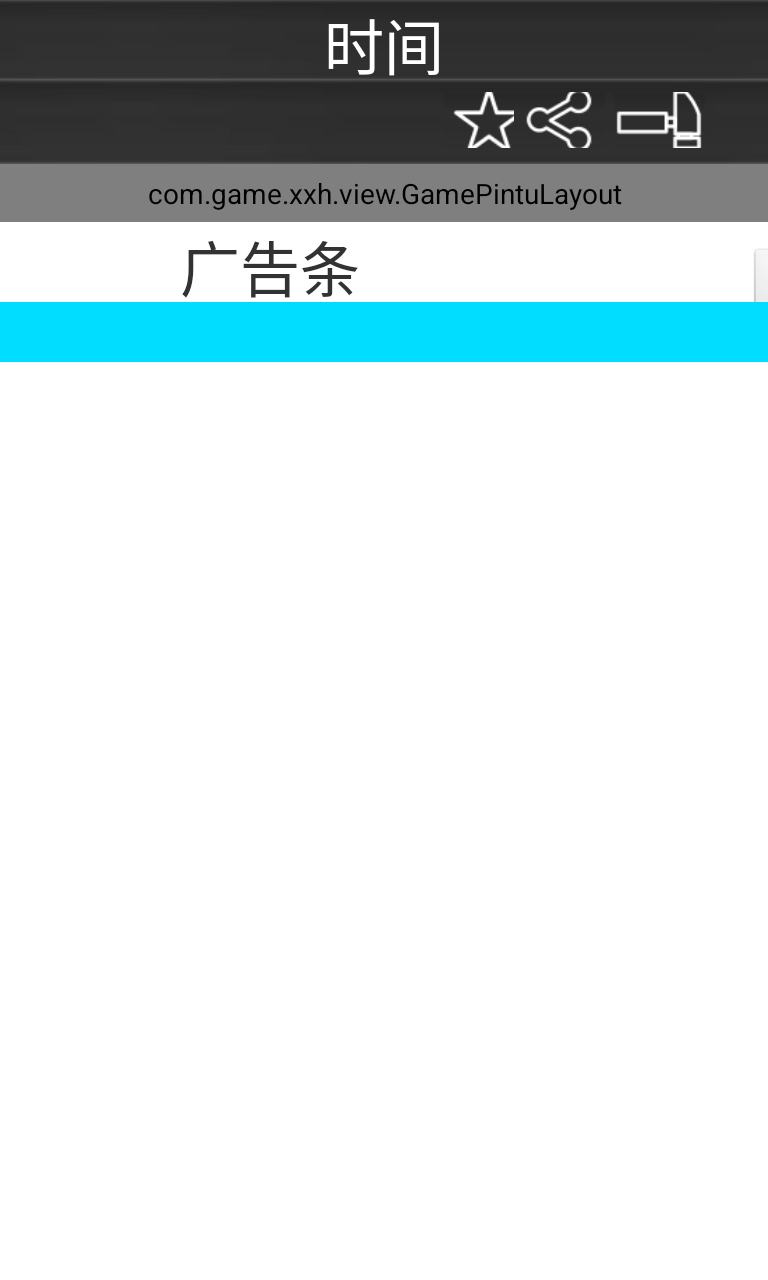
Repository: hosle/gad2
Layout: Pintu/res/layout/activity_xxh_main.xml
These files come from the project's save history. The layout is drawn as it stood at one moment and after the next save; the edit follows.
Pictures or frames that could not be fetched are drawn as grey boxes. It is drawn on a 768 x 1280 px phone screen (xhdpi) without system bars, with theme AppTheme; the app's code is not run.

Above is the layout before, as saved 2015-06-27 03:37:56.

After the next save:
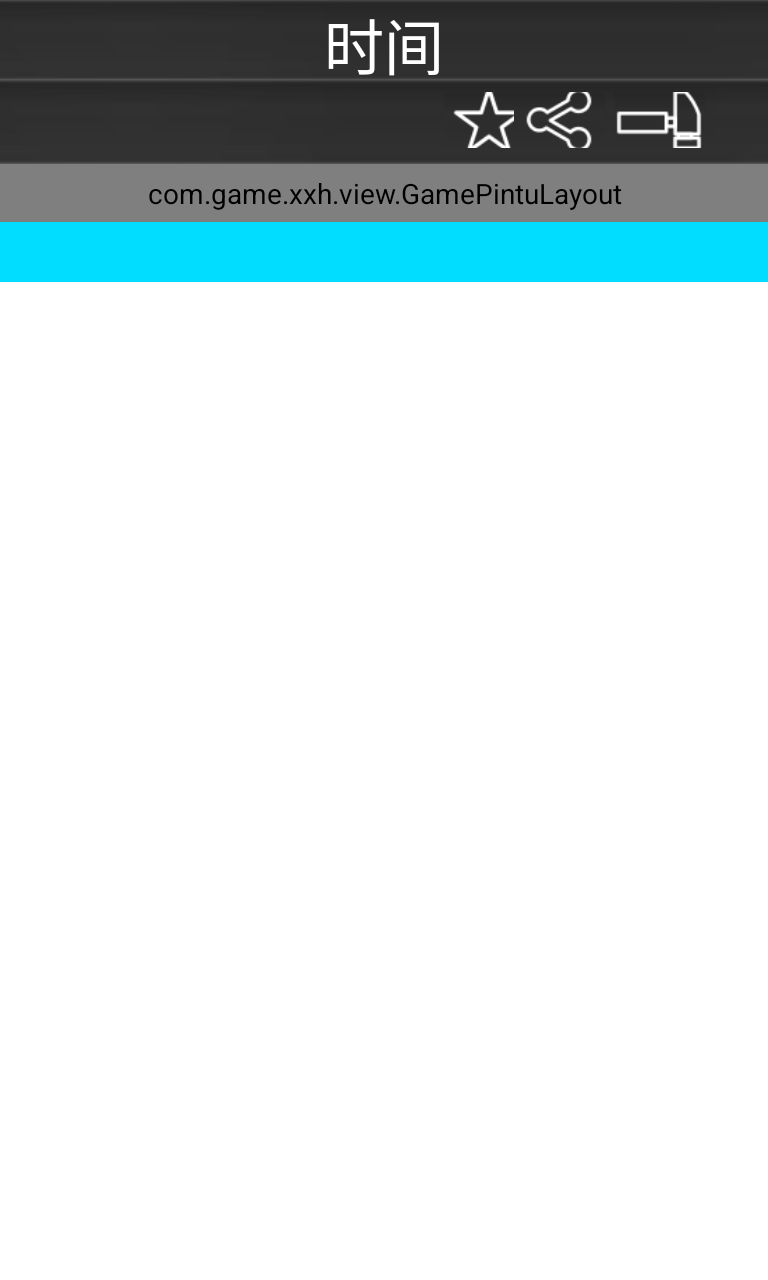
Saved 95 s later.
--- a/Pintu/res/layout/activity_xxh_main.xml
+++ b/Pintu/res/layout/activity_xxh_main.xml
@@ -82,27 +82,7 @@
             android:text="返    回" />
     </com.game.xxh.view.GamePintuLayout>
 
-    <LinearLayout
-        android:layout_width="match_parent"
-        android:layout_height="40dp"
-        android:layout_centerHorizontal="true"
-        android:gravity="center_horizontal"
-        android:orientation="horizontal" >
 
-        <TextView
-            android:id="@+id/ad_info"
-            android:layout_width="match_parent"
-            android:layout_height="wrap_content"
-            android:layout_marginLeft="100dp"
-            android:text="广告条"
-            android:textSize="30sp" />
-
-        <Button
-            android:id="@+id/btn_ad_request"
-            android:layout_width="20dp"
-            android:layout_height="wrap_content"
-            android:text="请求" />
-    </LinearLayout>
 
     <LinearLayout
         android:id="@+id/adLayout"
